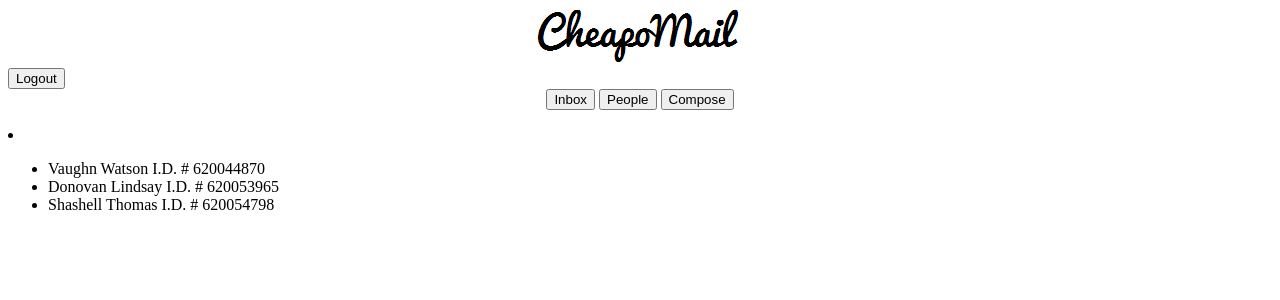
Repository: BobbyV/cheapomail
Page: homepage.html
The author's editor kept a record of every edit. The page is drawn from the files as they stood at one moment, then again after the next edit.
The browser window is 1280 px wide. The pictures show the whole page.

Above is the page before.

### homepage.html
<!DOCTYPE html>
<html>
    <head>
        <title>Cheapomail</title>
        <link rel="stylesheet" href="homepage.css" type="text/css" />
        <script type="text/javascript" src="homepage.js"></script>
    </head>

    <body>
        <center><img src="mail.png"><br></center>
        <a href="index.html">
          <button id="logout"><div class= "menu_options">Logout</div></button>
        </a>
        <div id = "menu">
          <center>
            <!-- <button class="dobutton" id="Compose" ><div class= "menu_options">Compose</div></button> -->
            <button class="dobutton" id="Inbox" onclick="open_inbox()"><div class= "menu_options">Inbox</div></button>
            <button class="dobutton" id="People"><div class= "menu_options">People</div></button>
            <button onclick="startComp()">Compose</button>
          </center>
        </div>
        <div id="show" style="display:none">
          <form ng-show="adding" class="add-window" ng-submit="addItem()">
            <div class='header'>Compose a message</div>
            <div class='inner'>
              <div>
                <label>To: </label>
                <input type="text" ng-model="newItem.name" required>
              </div>
              <div>
                <label>Cc: </label>
                <input type="text" ng-model="newItem.publisher" required>
              </div>
              <div>
                <label>Message: </label>
                <textarea ng-model="newItem.description"></textarea>
              </div>
              <div class='button-bar'>
                <input type="submit" value="Send">
                <input type="reset" value="Cancel" onclick="stopComp()">
              </div>
            </div>
          </form>
        </div>
        <div id="open" class="notification-container" style="display:none">
          <div class="value unread">
            <h3 class="msgtitle">
                Kerry Williams
            </h3>
            <p class="subject">
              He dude wats happening?
            </p>
          </div>
        </div>
      </div>
      <p>
        <li>
          <ul>
            <li>Vaughn Watson I.D. # 620044870</li>
           <li>Donovan Lindsay I.D. # 620053965</li>
            <li>Shashell Thomas I.D. # 620054798</li>
          </ul>
        </li>
      </p>
    </body>
</html>

### homepage.css
.add-window {
  min-width: 350px;
  position: fixed;
  bottom: 0px;
  right: 10px;
  border: 1px solid black;
  background-color: white;
}

.add-window .header {
  background-color: #333;
  color: white;
}

.add-window div {
  padding: 5px 20px;
}

.description {
  margin: 10px 0;
}

label {
  display: inline-block;
  width: 100px;
  text-align: right;
  vertical-align: top;
}

.button-bar {
  text-align: right;
}

input[type=text] {
  width: 200px;
}

textarea {
  width: 200px;
  height: 100px;
}

.notification-container {
background-color: grey;
height: 400px;
width: 700px;
margin: auto;
/*margin-top: 180px;*/
}

.value {
border: 2px red solid;
}

}

#menu {
  margin: auto;
  background-color:red;
}

### homepage.js
function startComp()
{
    document.getElementById('show').style.display = "block";
}

function stopComp()
{
    document.getElementById('show').style.display = "none";
}

function open_inbox()
{
    document.getElementById('open').style.display = "block";
}

After the next edit:
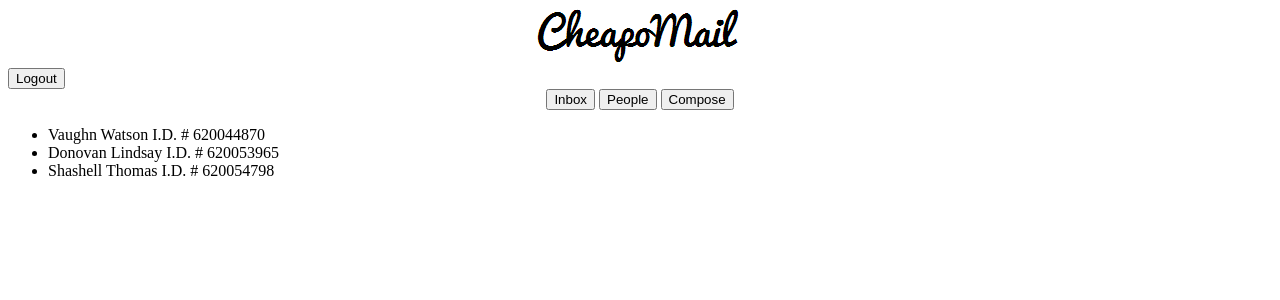
The edit:
--- a/homepage.html
+++ b/homepage.html
@@ -54,7 +54,6 @@
         </div>
       </div>
       <p>
-        <li>
           <ul>
             <li>Vaughn Watson I.D. # 620044870</li>
            <li>Donovan Lindsay I.D. # 620053965</li>
